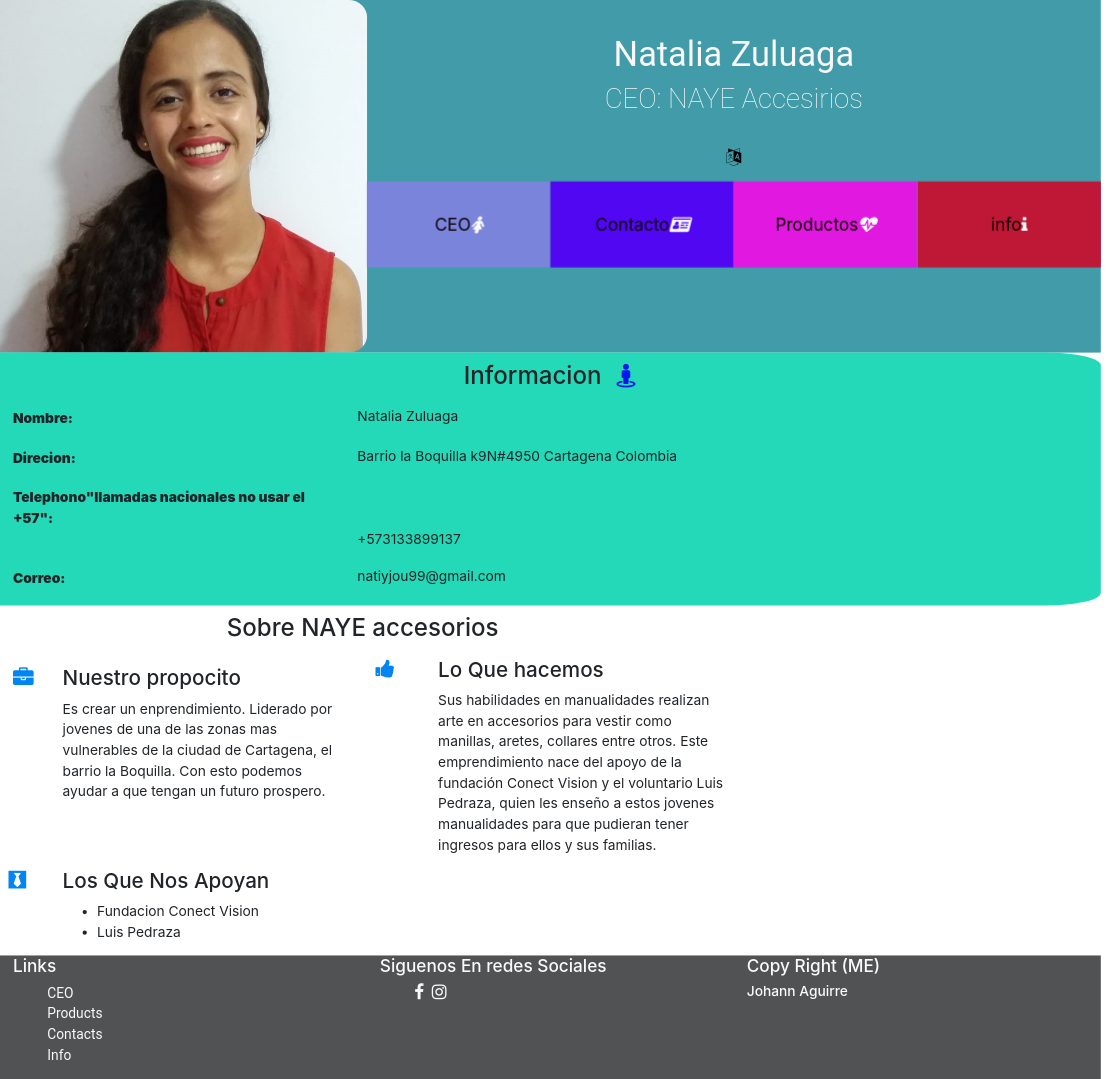
Repository: cachimiro/1-mile-stone-project
Page: index.html
The author's editor kept a record of every edit. The page is drawn from the files as they stood at one moment, then again after the next edit.
The browser window is 1280 px wide. The page is 1295 px wide, so the pictures cover 1295 px, including what lies to the right of the window. The pictures show the whole page, at 86% of full size.
Some web libraries are served in a nearby version.

Above is the page before.

After the next edit:
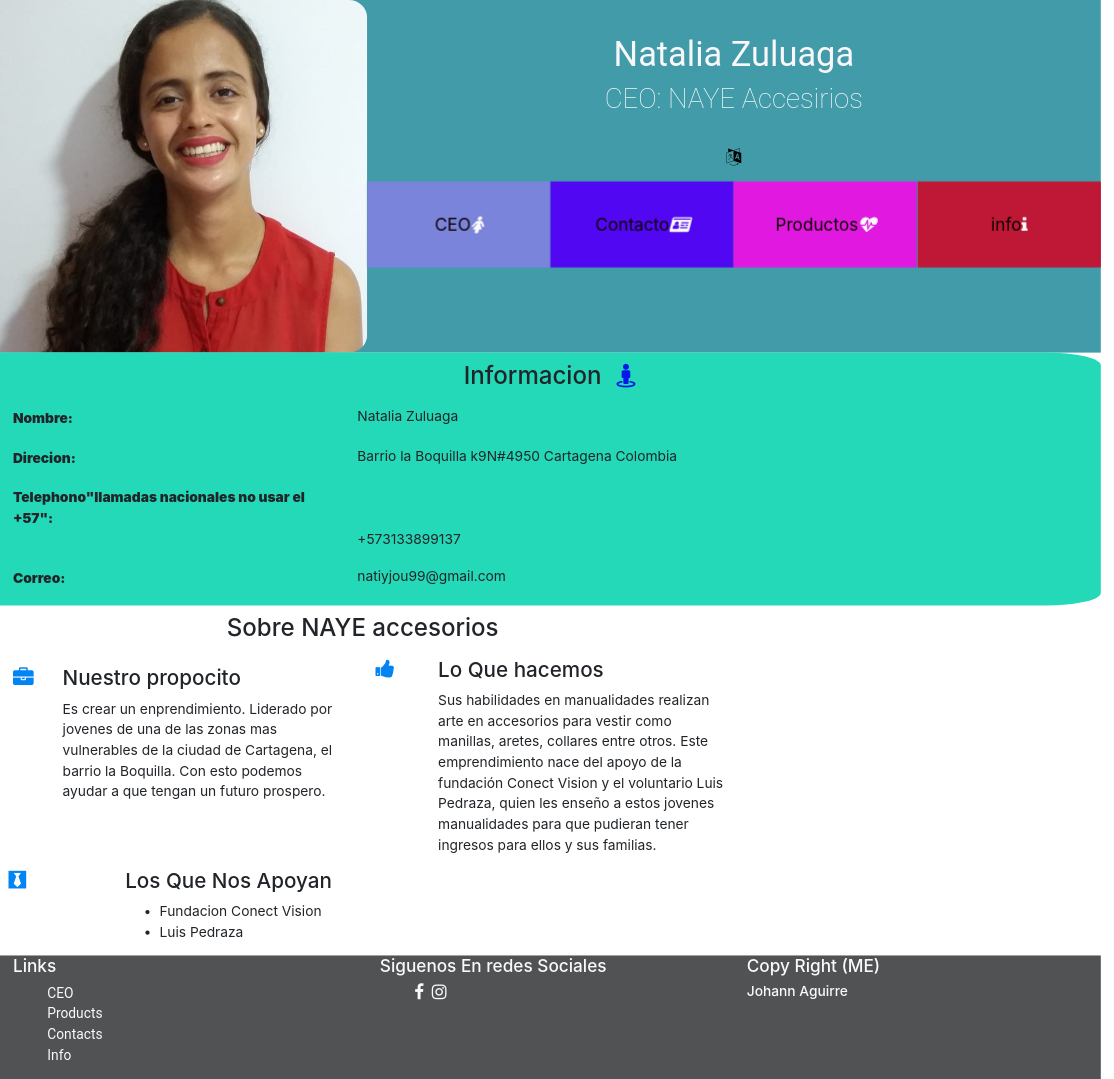
The edit:
--- a/index.html
+++ b/index.html
@@ -159,7 +159,7 @@
                                 </div>
                             </div>
                         </div>
-                         <div class="col-10 offset-1 offset-sm-0 col-sm-4 col-md-6">
+                         <div class="col">
                             <div class="row">
                                 <div class="col-2">
                                     <i class="move-icon-3 three-reasons-icon fa fa-black-tie" aria-hidden="true"></i>
